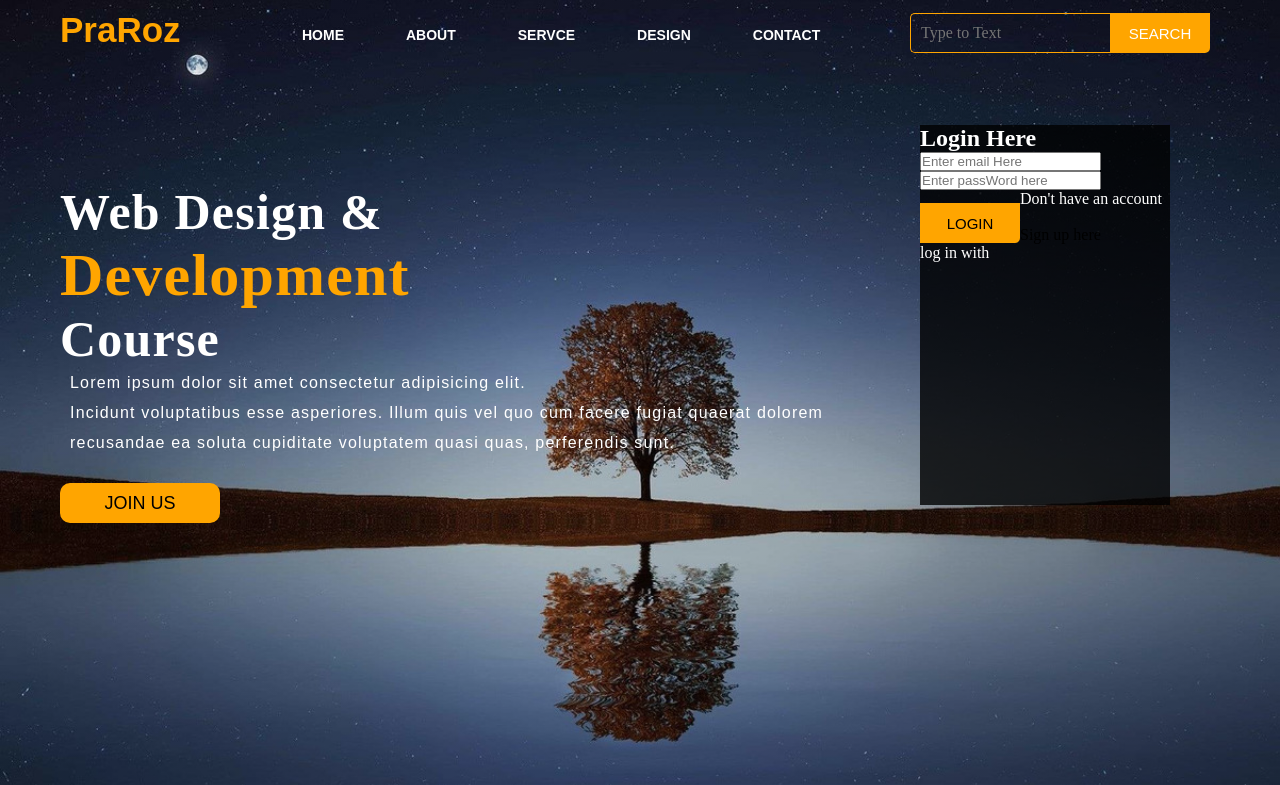
Repository: HuynhDuc23/project3
Page: index.html
An editor plug-in stored every save of this project. The page is shown before and after the next save, followed by the edit.
The browser window is 1280 px wide. The pictures show the whole page.

Above is the page before, as saved 2023-05-04 15:44:04.

### index.html
<html lang="en">
<head>
    <meta charset="UTF-8">
    <meta http-equiv="X-UA-Compatible" content="IE=edge">
    <meta name="viewport" content="width=device-width, initial-scale=1.0">
    <link rel="stylesheet" href="https://cdnjs.cloudflare.com/ajax/libs/font-awesome/6.4.0/css/all.min.css" integrity="sha512-iecdLmaskl7CVkqkXNQ/ZH/XLlvWZOJyj7Yy7tcenmpD1ypASozpmT/E0iPtmFIB46ZmdtAc9eNBvH0H/ZpiBw==" crossorigin="anonymous" referrerpolicy="no-referrer" />
    <link rel="stylesheet" href="style.css">
    <title>Document</title>
</head>
<body>
    <div class="main">
        <div class="navbar">
            <div class="icon">
                <h2 class="logo">PraRoz</h2>
            </div>
            <div class="menu">
                <ul>
                    <li><a href="#">HOME</a> </li>
                    <li><a href="#">ABOUT</a></li>
                    <li><a href="#">SERVCE</a></li>
                    <li><a href="#">DESIGN</a></li>
                    <li><a href="#">CONTACT</a></li>
                </ul>
            </div>
            <div class="search">
                <input type="search" class="srch" placeholder="Type to Text">
                <a href="#"><button class="btn">Search</button></a>
            </div>
        </div>
        <div class="content">
            <h1>Web Design & <br> <span>Development</span><br>Course</h1>
            <p class="para">Lorem ipsum dolor sit amet consectetur adipisicing elit. <br> Incidunt voluptatibus esse asperiores. Illum quis vel quo cum facere fugiat quaerat dolorem <br> recusandae ea soluta cupiditate voluptatem quasi quas, perferendis sunt.</p>


            <button class="cn" ><a  href="#">JOIN US</a></button>
            <div class="form">
                <h2>Login Here</h2>
                <input type="email" name="email" placeholder="Enter email Here">
                <input type="password" name="password" placeholder="Enter passWord here">
                <button class="btn"><a href="#">Login</a></button>

                <p class="link">Don't have an account </p> <br>
                <a href="#">Sign up here</a>
                <p class="liw">log in with</p>
            </div>
        </div>
    </div>
</body>
</html>

### style.css
* {
    margin: 0;
    padding: 0;
}
.main {
    width: 100%;
    background-image: linear-gradient(to right bottom , rgba(176, 55, 55, 0),rgba(0, 0, 0, 0.286)),url("img/Project3.png");
    background-position: center;
    background-size: cover;
    background-repeat: no-repeat;
    height: 109vh;
}
.navbar
{
    width: 1200px;
    height: 75px;
    margin: auto;
    /* overflow: hidden; */
}
.icon {
    width: 200px;
    float: left;
    height: 70px;

}
.logo {
    color: orange;
    font-size: 35px;
    font-family: Arial, Helvetica, sans-serif;
    padding-left: 20px;
    float: left;
    padding-top: 10px;
}
.menu {
    width: 400px;
    height: 70px;
    float: left;
}
ul {
    float: left;
    display: flex;
    justify-content: center;
    align-items: center;
}
ul li {
    list-style: none;
     margin-left: 62px;
     margin-top: 27px;
     font-size: 14px;
}
ul li a {
    text-decoration: none;
    color: white;
    text-transform: uppercase;
    font-family: Arial, Helvetica, sans-serif;
    transition: 0.5s ease-in-out;
    font-weight: bold;

}
ul li a:hover {
    color: orange;
}
.search {
    width: 330px;
    margin-left: 270px;
    float: left;
}
.srch {
    font-family: 'Times New Roman', Times, serif;
    width: 200px;
    height: 40px;
    background: transparent;
    border: 1px solid orange;
    margin-top: 13px;
    color: white;
    border-right: none;
    font-size: 16px;
    padding: 10px;
    float: left;
    border-bottom-left-radius: 5px;
    border-top-left-radius: 5px;
}
.btn {
    width: 100px;
    height: 40px;
    margin-top: 13px;
    color: white;
    background-color: orange;
    text-transform: uppercase;
    border: 2px solid orange;
    /* border-radius: 5px; */
    border-bottom-right-radius: 5px;

    font-size: 15px;
    float: left;
    cursor: pointer;

}
.btn:focus {
    outline: none;
}
.srch:focus {
    outline: none;
}
.content {
    width: 1200px;
    height: auto;
    margin: auto;
    color: white;
    position: relative;
}
.content .para {
    padding-left: 30px;
    padding-bottom: 25px;
    font-family: Arial, Helvetica, sans-serif;
    letter-spacing: 1.2px;
    line-height: 30px;
}
.content h1 {
    font-size: 50px;
    font-family: 'Times New Roman', Times, serif;
    padding-left: 20px;
    padding-top: 9%;
    letter-spacing: 1.2px;

}
.content .cn {

    width: 160px;
    height: 40px;
    background-color: orange;
    border: none;
    margin-bottom: 10px;
    margin-left: 20px;
    font-size: 18px;
    border-radius: 10px;
    transition: 0.5s ease;
    cursor: pointer;

}
.content a {
    text-decoration: none;
    color: black;
    transition: 0.4s ease;
}
.cn:hover {
    background-color: white;
}
.content span {
    color: orange;
    font-size: 60px;
    font-weight: bold;
}
.form {
    width: 250px;
    height: 380px;
    background: linear-gradient(to top , rgba(0,0,0,0.8)50% ,rgba(0,0,0,0.8)50% );
    position: absolute;
    top: 50px ;
    left: 880px;

}

After the next save:
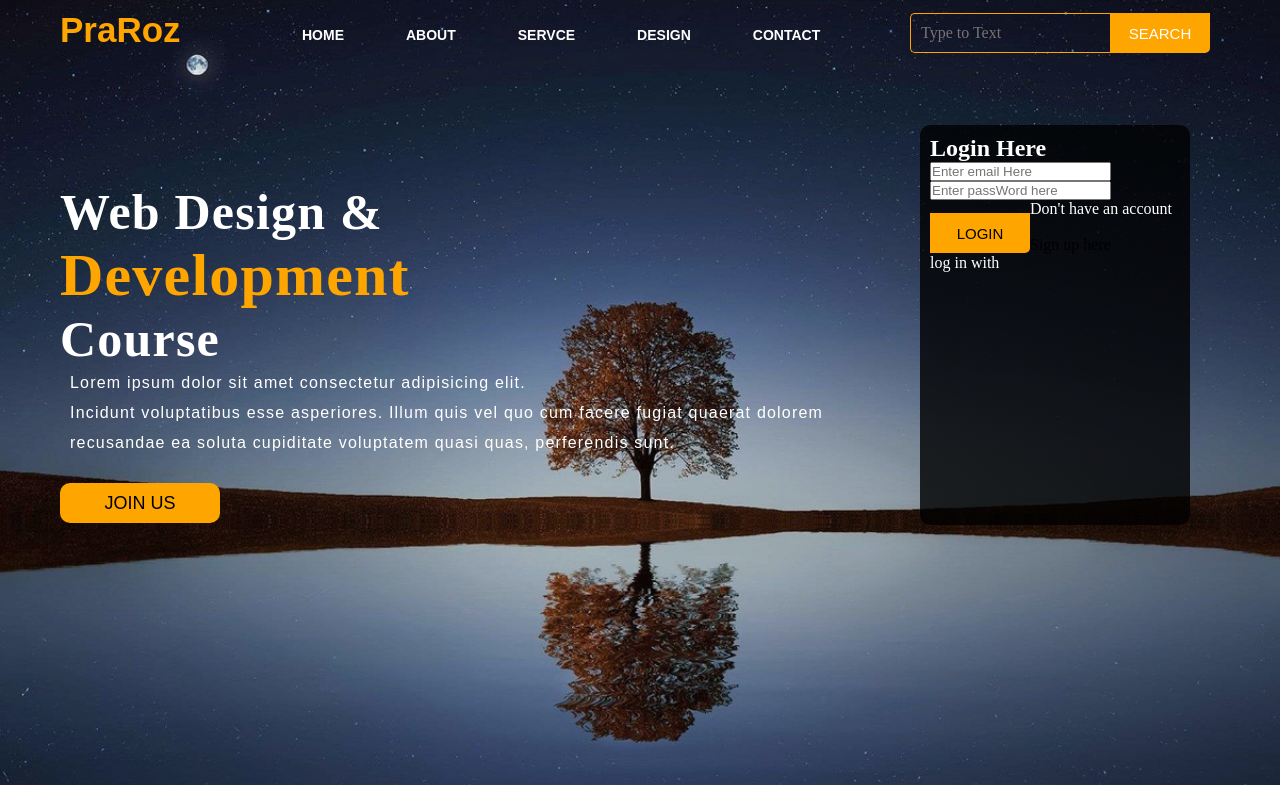
Saved 32 s later.
--- a/style.css
+++ b/style.css
@@ -158,5 +158,7 @@ ul li a:hover {
     position: absolute;
     top: 50px ;
     left: 880px;
+    border-radius: 10px;
+    padding: 10px;
 
 }
